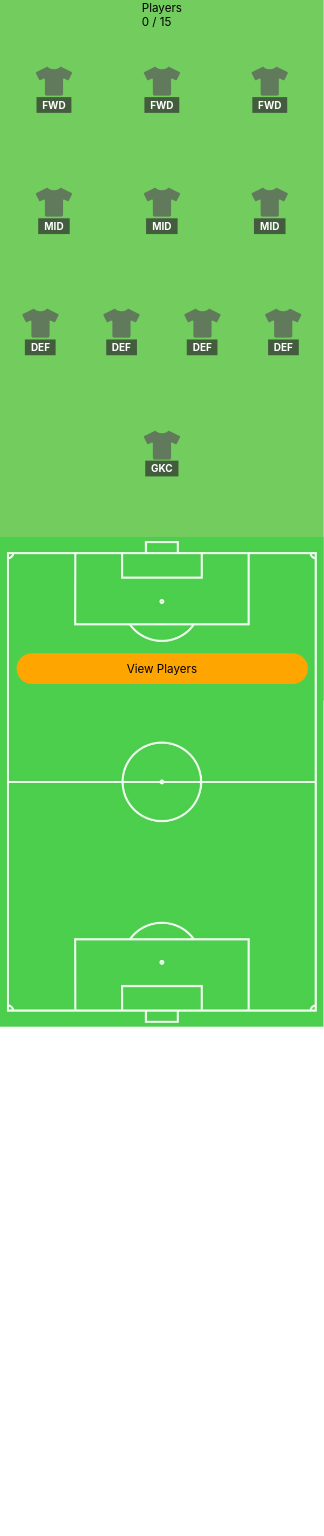
Repository: JavaidAhmadKhan/UEFA
Screen: /
An editor plug-in stored every save of this project. The screen is shown before and after the next save, followed by the edit.
The pictures are shown at 83% of full size.
The app was drawn by React Native's web renderer in a window 390 px wide. The project was rebuilt for these pictures with package versions that can differ from the ones it lists, and the page was loaded fresh each time. Some packages were replaced by stand-ins written for this rebuild.

Above is the screen before, as saved 2021-07-07 11:59:17.

After the next save:
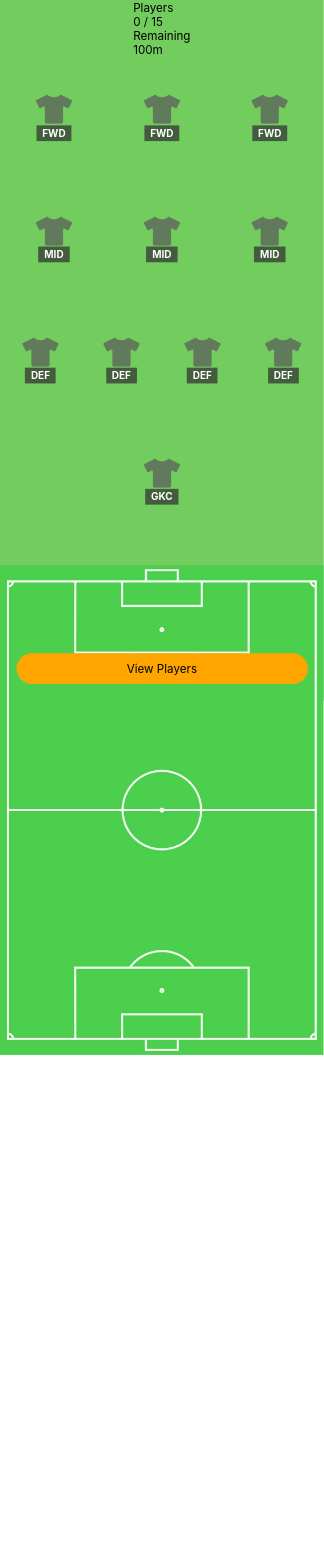
Saved 27 s later.
--- a/components/TeamStats.tsx
+++ b/components/TeamStats.tsx
@@ -6,6 +6,8 @@ const TeamStats = () => {
     <View>
       <Text>Players</Text>
       <Text>0 / 15</Text>
+      <Text>Remaining</Text>
+      <Text>100m</Text>
     </View>
   );
 };
